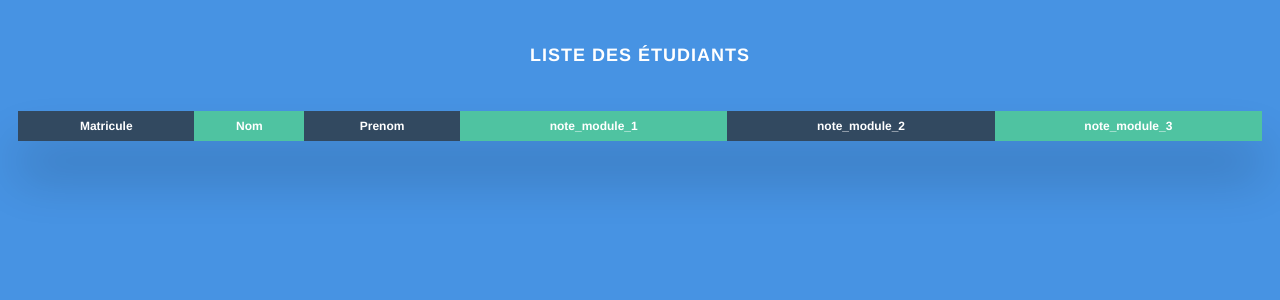
Repository: tt5300447/parakeet
Page: http://localhost/
These files come from the project's save history. The page is drawn as it stood at one moment and after the next save; the edit follows.
The browser window is 1280 px wide. The pictures show the whole page.
The page is run by PHP 8.4 with error messages shown; the project is at /var/www/html/. Queries for data that is not in the repository find no rows.

Above is the page before, as saved 2022-06-19 16:13:35.

### Copier/htdocs/Liste/index.php
<!DOCTYPE html>
<html lang="en">
<head>
    <meta charset="UTF-8">
    <meta http-equiv="X-UA-Compatible" content="IE=edge">
    <meta name="viewport" content="width=device-width, initial-scale=1.0">
    <title>Document</title>
    <link rel="stylesheet" href="table.css">
</head>
<body>
   <h2>Liste des étudiants</h2>
    <div class="table-wrapper">
    <?php
$servername = "localhost";
$username = "root";
$password = "";
$db = "scolarite";
// Create connection
$conn = new mysqli($servername, $username, $password,$db);
// Check connection
if (mysqli_connect_errno())
{
echo "Failed to connect to MySQL: " . mysqli_connect_error();
}

$result = $conn->query("SELECT * FROM Etudiant");

echo "<table class='fl-table'>
<thead>
    <tr>
        <th>Matricule</th>
        <th>Nom</th>
        <th>Prenom</th>
        <th>note_module_1</th>
        <th>note_module_2</th>
        <th>note_module_3</th>
    </tr>
</thead>
<tbody>";

while($row = mysqli_fetch_array($result))
{
echo "<tr>";
echo "<td>" . $row['matricule'] . "</td>";
echo "<td>" . $row['nom'] . "</td>";
echo "<td>" . $row['prenom'] . "</td>";
echo "<td>" . $row['note_module_1'] . "</td>";
echo "<td>" . $row['note_module_2'] . "</td>";
echo "<td>" . $row['note_module_3'] . "</td>";
echo "</tr>";
}
echo "<tbody>
</table>";

mysqli_close($conn);
?>
</div>
</body>
</html>

### Copier/htdocs/Liste/table.css
* {
    box-sizing: border-box;
    -webkit-box-sizing: border-box;
    -moz-box-sizing: border-box;
}

body {
    font-family: Helvetica;
    -webkit-font-smoothing: antialiased;
    background: rgba(71, 147, 227, 1);
}

h2 {
    text-align: center;
    font-size: 18px;
    text-transform: uppercase;
    letter-spacing: 1px;
    color: white;
    padding: 30px 0;
}


/* Table Styles */

.table-wrapper {
    margin: 10px 10px 10px;
    box-shadow: 0px 35px 50px rgba(0, 0, 0, 0.2);
}

.fl-table {
    border-radius: 5px;
    font-size: 12px;
    font-weight: normal;
    border: none;
    border-collapse: collapse;
    width: 100%;
    max-width: 100%;
    white-space: nowrap;
    background-color: white;
}

.fl-table td,
.fl-table th {
    text-align: center;
    padding: 8px;
}

.fl-table td {
    border-right: 1px solid #f8f8f8;
    font-size: 14px;
}

.fl-table thead th {
    color: #ffffff;
    background: #4fc3a1;
}

.fl-table thead th:nth-child(odd) {
    color: #ffffff;
    background: #324960;
}

.fl-table tr:nth-child(even) {
    background: #f8f8f8;
}


/* Responsive */

@media (max-width: 767px) {
    .fl-table {
        display: block;
        width: 100%;
    }
    .table-wrapper:before {
        content: "Scroll horizontally >";
        display: block;
        text-align: right;
        font-size: 11px;
        color: white;
        padding: 0 0 10px;
    }
    .fl-table thead,
    .fl-table tbody,
    .fl-table thead th {
        display: block;
    }
    .fl-table thead th:last-child {
        border-bottom: none;
    }
    .fl-table thead {
        float: left;
    }
    .fl-table tbody {
        width: auto;
        position: relative;
        overflow-x: auto;
    }
    .fl-table td,
    .fl-table th {
        padding: 20px 0.625em 0.625em 0.625em;
        height: 60px;
        vertical-align: middle;
        box-sizing: border-box;
        overflow-x: hidden;
        overflow-y: auto;
        width: 120px;
        font-size: 13px;
        text-overflow: ellipsis;
    }
    .fl-table thead th {
        text-align: left;
        border-bottom: 1px solid #f7f7f9;
    }
    .fl-table tbody tr {
        display: table-cell;
    }
    .fl-table tbody tr:nth-child(odd) {
        background: none;
    }
    .fl-table tr:nth-child(even) {
        background: transparent;
    }
    .fl-table tr td:nth-child(odd) {
        background: #f8f8f8;
        border-right: 1px solid #e6e4e4;
    }
    .fl-table tr td:nth-child(even) {
        border-right: 1px solid #e6e4e4;
    }
    .fl-table tbody td {
        display: block;
        text-align: center;
    }
}

After the next save:
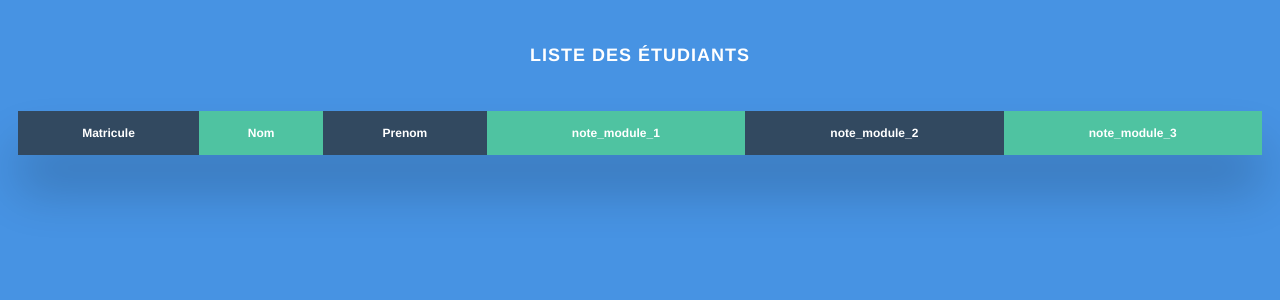
Saved 33 s later.
--- a/Copier/htdocs/Liste/table.css
+++ b/Copier/htdocs/Liste/table.css
@@ -42,7 +42,7 @@ h2 {
 .fl-table td,
 .fl-table th {
     text-align: center;
-    padding: 8px;
+    padding: 15px;
 }
 
 .fl-table td {
